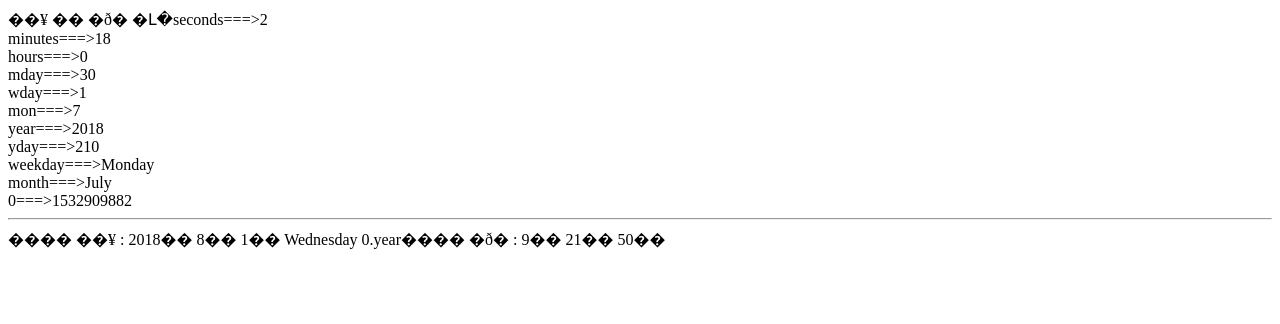
Repository: 2ujin/2018-PHP-afterschool
Page: http://localhost/CH08/01_getdate.php
An editor plug-in stored every save of this project. The page is shown before and after the next save, followed by the edit.
The browser window is 1280 px wide. The pictures show the whole page.
The page is run by PHP 8.4 with error messages shown; the project is at /var/www/html/.

Above is the page before, as saved 2018-08-01 00:23:58.

After the next save:
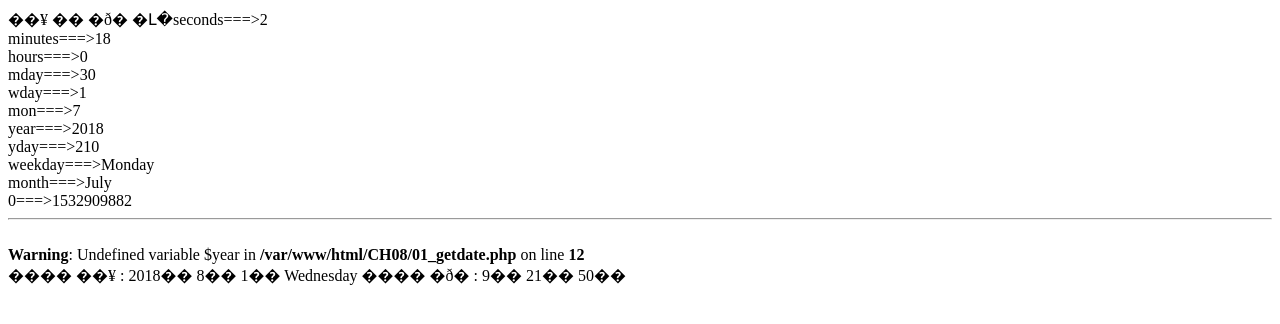
Saved 11 s later.
--- a/PHPStudy/CH08/01_getdate.php
+++ b/PHPStudy/CH08/01_getdate.php
@@ -9,7 +9,7 @@ foreach($today as $key=>$value)
 
     echo "<hr>";
 
-    echo "오늘 날짜 : 2018년 8월 1일 Wednesday $key.year";
+    echo "오늘 날짜 : 2018년 8월 1일 Wednesday $year";
     echo "지금 시간 : 9시 21분 50초";
 
     ?>
